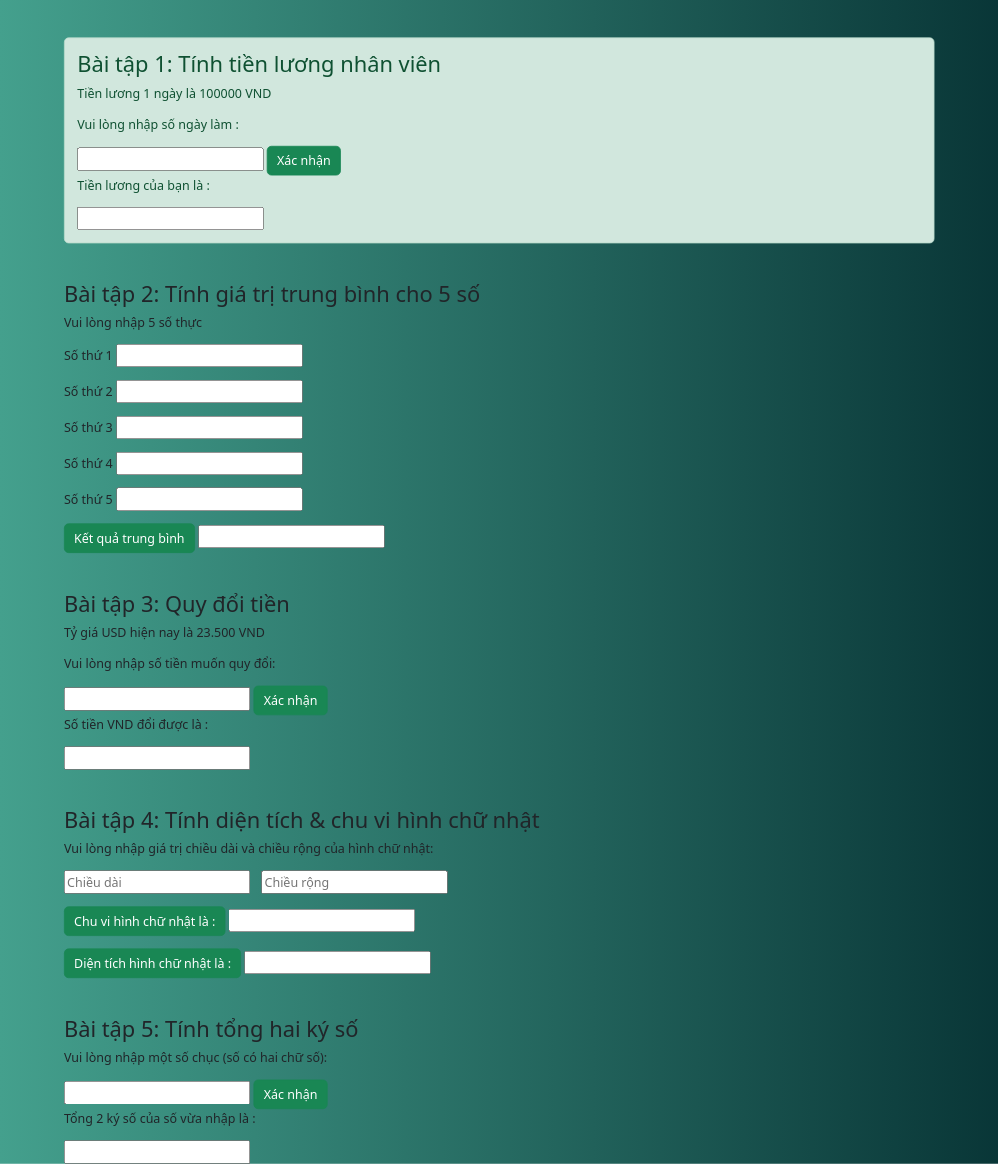
Repository: hcozyph/TranHuuPhuoc_BC43_BT_JS_Buoi2
Page: index.html
The author's editor kept a copy of each file at every save. The page is drawn from the files as they stood at one save, then again after the next save.
The browser window is 1280 px wide. The pictures show the whole page, at 78% of full size.

Above is the page before, as saved 2023-02-03 20:27:02.

### index.html
<!DOCTYPE html>
<html lang="en">
    <head>
        <title>BT JS - Buoi 1</title>
        <!-- Required meta tags -->
        <meta charset="utf-8" />
        <meta
            name="viewport"
            content="width=device-width, initial-scale=1, shrink-to-fit=no"
        />

        <!-- font-family -->
        <link
            href="//fonts.googleapis.com/css2?family=Pacifico&amp;display=swap"
            rel="stylesheet"
        />
        <link
            href="//fonts.googleapis.com/css2?family=Quicksand:wght@300;400;500;600;700&amp;display=swap"
            rel="stylesheet"
        />

        <!-- Bootstrap CSS v5.2.1 -->
        <link
            href="https://cdn.jsdelivr.net/npm/bootstrap@5.2.1/dist/css/bootstrap.min.css"
            rel="stylesheet"
            integrity="sha384-iYQeCzEYFbKjA/T2uDLTpkwGzCiq6soy8tYaI1GyVh/UjpbCx/TYkiZhlZB6+fzT"
            crossorigin="anonymous"
        />

        <!-- FontAwesome 6.2.0 CSS -->
        <link
            rel="stylesheet"
            href="https://cdnjs.cloudflare.com/ajax/libs/font-awesome/6.2.0/css/all.min.css"
            integrity="sha512-xh6O/CkQoPOWDdYTDqeRdPCVd1SpvCA9XXcUnZS2FmJNp1coAFzvtCN9BmamE+4aHK8yyUHUSCcJHgXloTyT2A=="
            crossorigin="anonymous"
            referrerpolicy="no-referrer"
        />

        <!-- index.css -->
        <link rel="stylesheet" href="./style/index.css" />
    </head>

    <body>
        <div class="btvn pt-5">
            <!-- BT1 -->
            <div class="container">
                <!-- BT-1 -->
                <div class="BT1 alert alert-success">
                    <h1 class="fs-3">Bài tập 1: Tính tiền lương nhân viên</h1>
                    <p>Tiền lương 1 ngày là 100000 VND</p>
                    <p>Vui lòng nhập số ngày làm :</p>
                    <input type="number" id="soNgayLam" />
                    <button
                        class="btn btn-success"
                        id="btnXacNhan"
                        onclick="inputSoNgayLam()"
                    >
                        Xác nhận
                    </button>
                    <p>Tiền lương của bạn là :</p>
                    <input type="text" id="result" />
                </div>

                <!-- BT2 -->
                <div class="BT2">
                    <h1 class="fs-3 mt-5">
                        Bài tập 2: Tính giá trị trung bình cho 5 số
                    </h1>
                    <p>Vui lòng nhập 5 số thực</p>

                    <p>Số thứ 1 <input type="number" id="n1" /></p>
                    <p>Số thứ 2 <input type="number" id="n2" /></p>
                    <p>Số thứ 3 <input type="number" id="n3" /></p>
                    <p>Số thứ 4 <input type="number" id="n4" /></p>
                    <p>Số thứ 5 <input type="number" id="n5" /></p>

                    <button
                        class="btn btn-success"
                        id="btnAverage"
                        onclick="average()"
                    >
                        Kết quả trung bình
                    </button>
                    <input type="text" id="average" />
                </div>

                <!-- BT3 -->
                <div class="BT3">
                    <h1 class="fs-3 mt-5">Bài tập 3: Quy đổi tiền</h1>
                    <p>Tỷ giá USD hiện nay là 23.500 VND</p>
                    <p>Vui lòng nhập số tiền muốn quy đổi:</p>

                    <input type="number" id="inputUsd" />
                    <button
                        class="btn btn-success"
                        id="btnTradeMoney"
                        onclick="tradeMoney ()"
                    >
                        Xác nhận
                    </button>

                    <p>Số tiền VND đổi được là :</p>
                    <input type="text" id="tradeMoney" />
                </div>

                <!-- BT4 -->
                <div class="BT4">
                    <h1 class="fs-3 mt-5">
                        Bài tập 4: Tính diện tích & chu vi hình chữ nhật
                    </h1>
                    <p>
                        Vui lòng nhập giá trị chiều dài và chiều rộng của hình
                        chữ nhật:
                    </p>

                    <input type="number" id="length" placeholder="Chiều dài" />
                    <input
                        style="margin-left: 10px"
                        type="number"
                        id="width"
                        placeholder="Chiều rộng"
                    />

                    <div class="chuVi mt-3">
                        <button class="btn btn-success" onclick="chuVi()">
                            Chu vi hình chữ nhật là :
                        </button>
                        <input type="number" id="chuVi" />
                    </div>

                    <div class="dienTich mt-3">
                        <button class="btn btn-success" onclick="dienTich()">
                            Diện tích hình chữ nhật là :
                        </button>
                        <input type="number" id="dienTich" />
                    </div>
                </div>

                <!-- BT5 -->
                <div class="BT5">
                    <h1 class="fs-3 mt-5">Bài tập 5: Tính tổng hai ký số</h1>
                    <p>Vui lòng nhập một số chục (số có hai chữ số):</p>
                    <input type="number" id="inputSoChuc" />
                    <button class="btn btn-success" onclick="tong2KySo()">
                        Xác nhận
                    </button>
                    <p>Tổng 2 ký số của số vừa nhập là :</p>
                    <input type="number" id="tong2KySo" />
                </div>
            </div>
        </div>

        <!-- Bootstrap JavaScript Libraries -->
        <script
            src="https://cdn.jsdelivr.net/npm/@popperjs/core@2.11.6/dist/umd/popper.min.js"
            integrity="sha384-oBqDVmMz9ATKxIep9tiCxS/Z9fNfEXiDAYTujMAeBAsjFuCZSmKbSSUnQlmh/jp3"
            crossorigin="anonymous"
        ></script>

        <script
            src="https://cdn.jsdelivr.net/npm/bootstrap@5.2.1/dist/js/bootstrap.min.js"
            integrity="sha384-7VPbUDkoPSGFnVtYi0QogXtr74QeVeeIs99Qfg5YCF+TidwNdjvaKZX19NZ/e6oz"
            crossorigin="anonymous"
        ></script>

        <!-- js customize -->
        <script src="./index.js"></script>
    </body>
</html>

### style/index.css
.btvn {
    background: linear-gradient(to right, rgb(68, 160, 141), rgb(9, 54, 55));
    background-repeat: no-repeat;
    background-size: cover;
    margin: 0 auto;
    padding-top: 20px;
}

### index.js
//BT1: Tính tiền lương nhân viên
function inputSoNgayLam () {
    //input:
    var soNgayLam = document.getElementById('soNgayLam').value;
    const luongMotNgay = 100000;

    //output:
    var result = 0;

    //progress
    var result = parseInt(soNgayLam) * parseInt(luongMotNgay);

    document.getElementById('result').value = result.toLocaleString() + ' VND';
}

//BT2: Tính trung bình cộng 5 số
function average () {
    //input:
    var n1 = document.getElementById('n1').value;
    var n2 = document.getElementById('n2').value;
    var n3 = document.getElementById('n3').value;
    var n4 = document.getElementById('n4').value;
    var n5 = document.getElementById('n5').value;
    //output:
    var average = 0;
    const soLuongInput = 5;

    //progress
    var sum = parseFloat(n1) + parseFloat(n2) + parseFloat(n3) + parseFloat(n4) + parseFloat(n5);

    var average =  sum / parseFloat(soLuongInput) ;

    document.getElementById('average').value = average;
}

//BT3: Quy đổi tiền
function tradeMoney () {
    //input
    var inputUsd = document.getElementById('inputUsd').value;
    const tyGia = 23500;

    //output
    var tradeMoney = 0;

    //progress
    var tradeMoney = parseInt(inputUsd) * parseInt(tyGia);
    document.getElementById('tradeMoney').value = tradeMoney.toLocaleString() + ' VND';
}

//BT4: Tính chu vi & diện tích hình chữ nhật
function chuVi () {
    // input
    var length = document.getElementById('length').value;
    var width = document.getElementById('width').value;

    //output
    var chuVi = ( parseInt(length) + parseInt(width) ) * 2;

    //progress
    document.getElementById('chuVi').value = chuVi.toLocaleString();
}


function dienTich () {
    // input
    var length = document.getElementById('length').value;
    var width = document.getElementById('width').value;

    //output
    var dienTich = parseInt(length) * parseInt(width) ;

    //progress
    document.getElementById('dienTich').value = dienTich.toLocaleString();
}


//BT5: Tính tổng hai ký số
function tong2KySo () {
    //input
    var inputSoChuc = document.getElementById('inputSoChuc').value;
    var hangChuc = 0;
    var hangDonVi = 0;

    //output
    var tong2KySo = 0;

    //progress
    var hangChuc = Math.floor(Number(inputSoChuc)/10)
    var hangDonVi = Math.floor(Number(inputSoChuc)%10)
    var tong2KySo = parseInt(hangChuc) + parseInt(hangDonVi);

    document.getElementById('tong2KySo').value = tong2KySo;
}
/*
Link vercel:
https://tran-huu-phuoc-bc-43-bt-js-buoi1.vercel.app/
*/

After the next save:
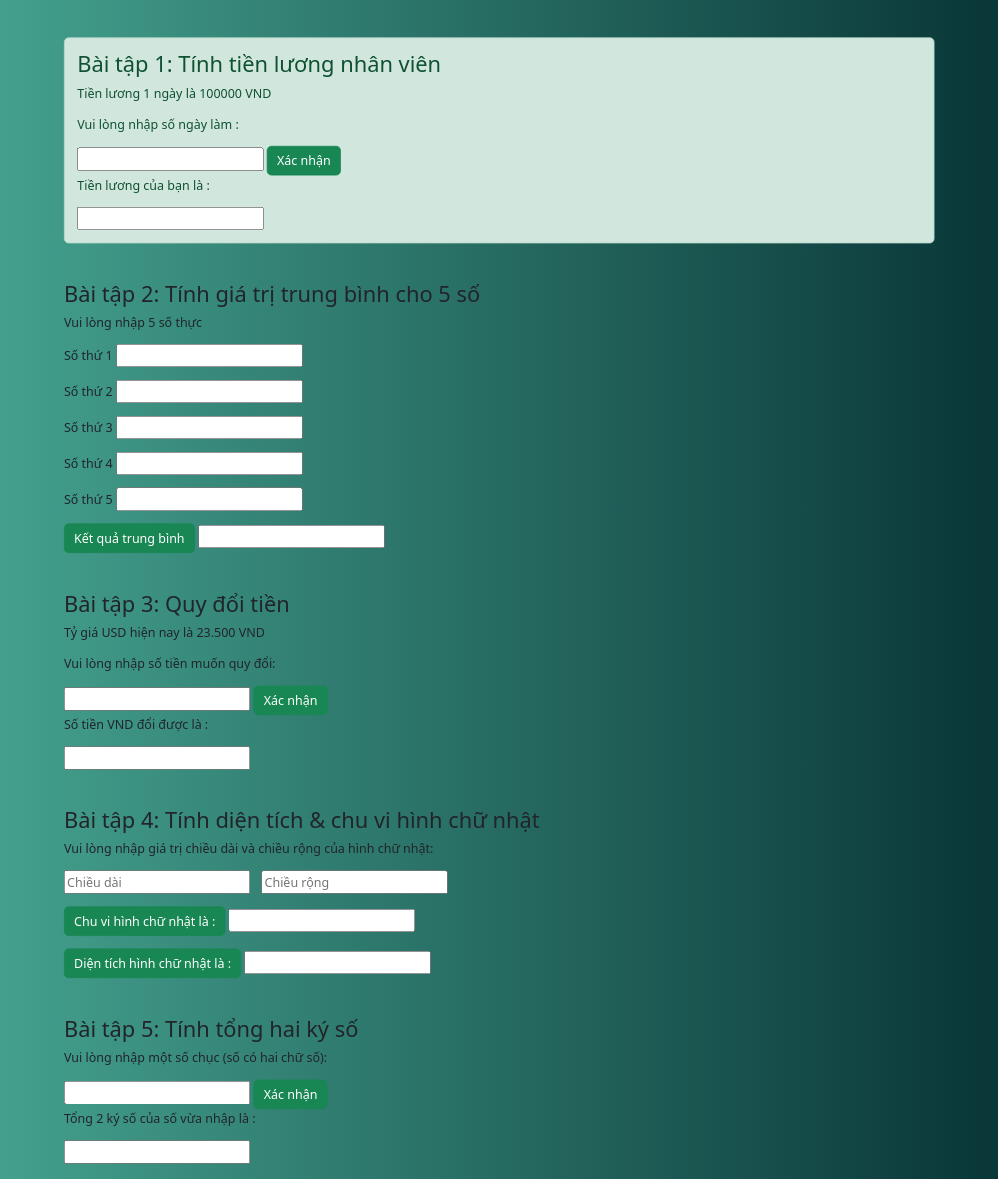
Saved 35 s later.
--- a/style/index.css
+++ b/style/index.css
@@ -3,5 +3,5 @@
     background-repeat: no-repeat;
     background-size: cover;
     margin: 0 auto;
-    padding-top: 20px;
+    padding: 20px 20px;
 }
